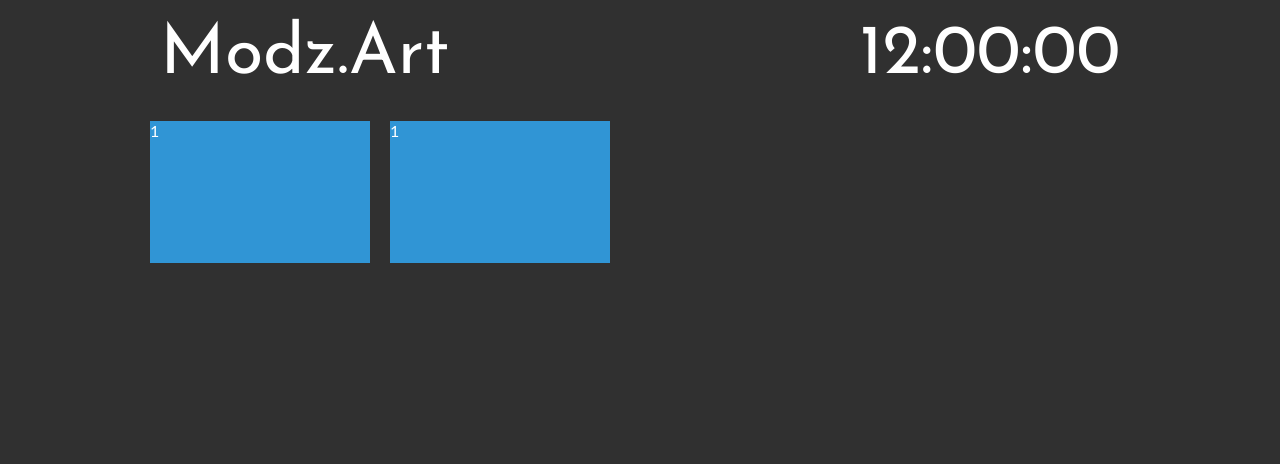
Repository: RemModz/Portfolio
Page: index.html
These files come from the project's save history. The page is drawn as it stood at one moment and after the next save; the edit follows.
The browser window is 1280 px wide. The pictures show the whole page.

Above is the page before, as saved 2018-11-01 18:38:45.

After the next save:
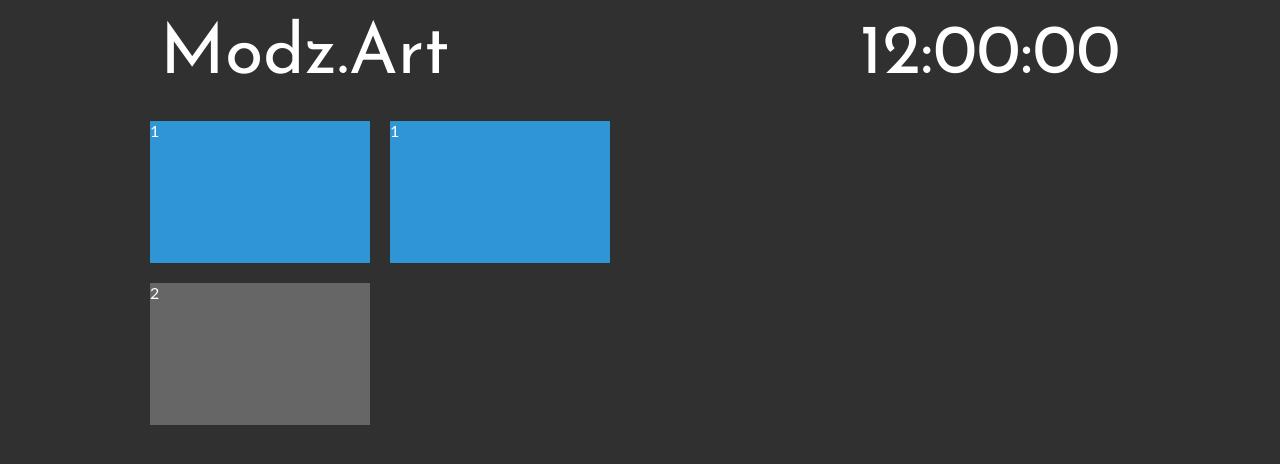
Saved 109 s later.
--- a/index.html
+++ b/index.html
@@ -23,6 +23,9 @@
         <div class="square">
             <div class="tile1">1</div>
             <div class="tile1">1</div>
+            <div style="clear:both;"></div>
+
+            <div class="tile2">2</div>
         </div>
 
         <div class="square">
